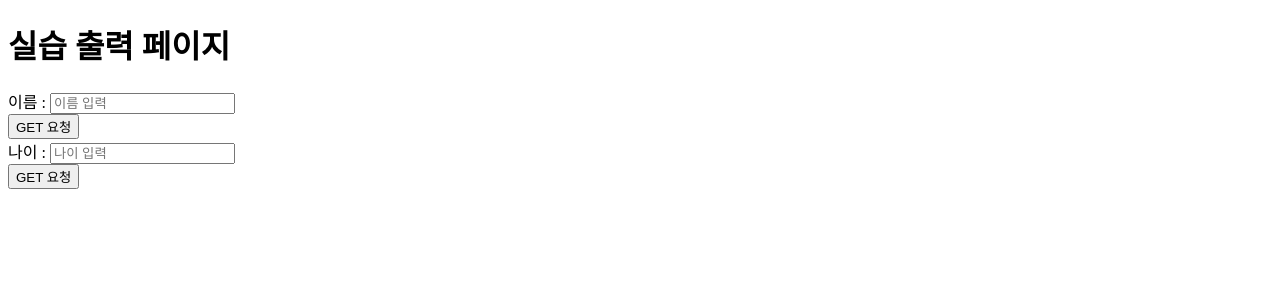
Repository: bjy5656/jsp
Page: http://localhost/day02_task/result.jsp
The author's editor kept a copy of each file at every save. The page is drawn from the files as they stood at one save, then again after the next save.
The browser window is 1280 px wide. The pictures show the whole page.
The page is served by Tomcat 9.

Above is the page before, as saved 2025-08-08 09:12:57.

After the next save:
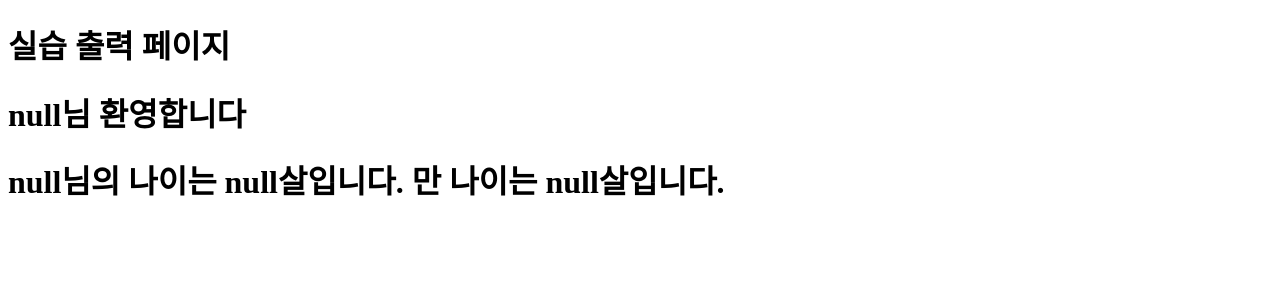
Saved 4 min 14 s later.
--- a/day02_task/src/main/webapp/result.jsp
+++ b/day02_task/src/main/webapp/result.jsp
@@ -8,17 +8,10 @@
 </head>
 <body>
 	<h1>실습 출력 페이지</h1>
+	<h1><%= request.getAttribute("userName") %>님 환영합니다</h1>
+	<h1><%= request.getAttribute("userName") %>님의 나이는
+	<%= request.getAttribute("userAge") %>살입니다.
+	만 나이는 <%= request.getAttribute("userName") %>살입니다.</h1>
 
-   <form action="forward" method="get">
-      <label for="name">이름 : </label>
-      <input type="text" id="name" name="userName" placeholder="이름 입력"></br>
-      <button type="submit">GET 요청</button>
-   </form>
-
-   <form action="forward" method="get">
-      <label for="age">나이 : </label>
-      <input type="text" id="age" name="userAge" placeholder="나이 입력"></br>
-      <button type="submit">GET 요청</button>
-   </form>
 </body>
 </html>
